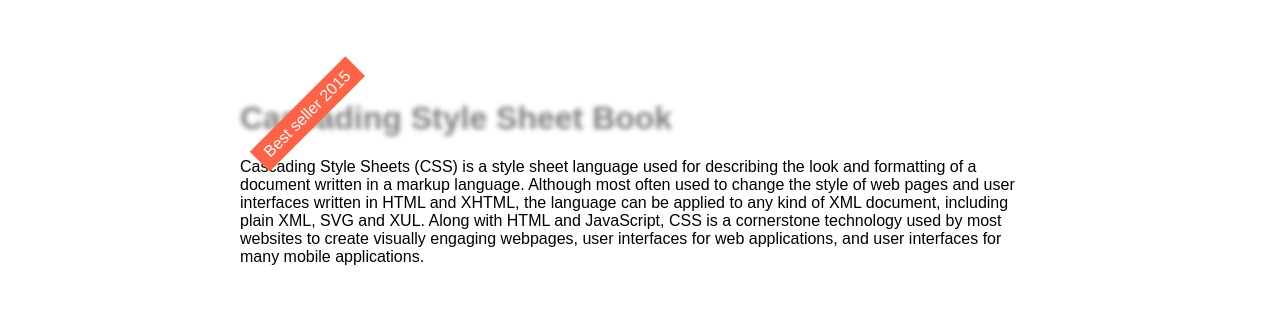
Repository: G1tHub-zer0/BTTH
Page: BTCSS/bai12.html
These files come from the project's save history. The page is drawn as it stood at one moment and after the next save; the edit follows.
The browser window is 1280 px wide. The pictures show the whole page.

Above is the page before, as saved 2024-03-22 19:17:09.

After the next save:
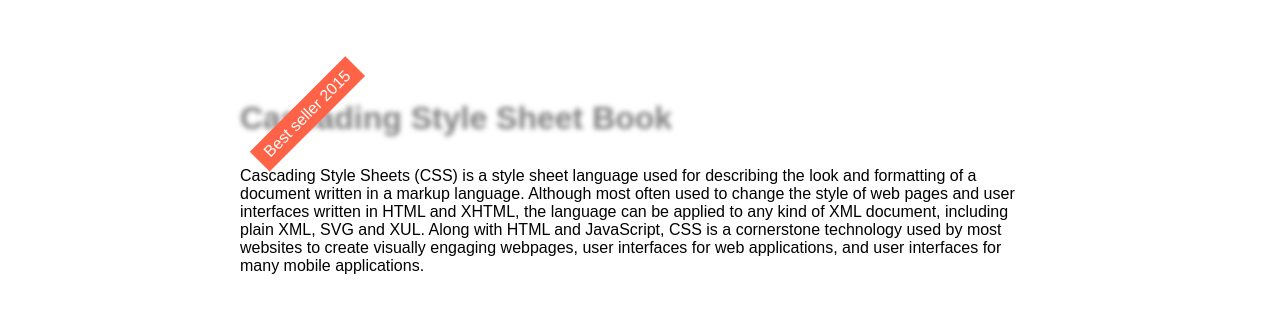
Saved 15 s later.
--- a/BTCSS/bai12.css
+++ b/BTCSS/bai12.css
@@ -9,9 +9,11 @@ h1 {
   color: transparent; /* Làm chữ trở thành trong suốt */
   text-shadow: 0 0 5px rgba(0, 0, 0, 0.5); /* Áp dụng shadow mờ */
 }
+p {
+  margin-top: 30px;
+}
 .container {
   margin-top: 100px;
-  gap: 30px;
 }
 .ribbon {
   position: absolute;
